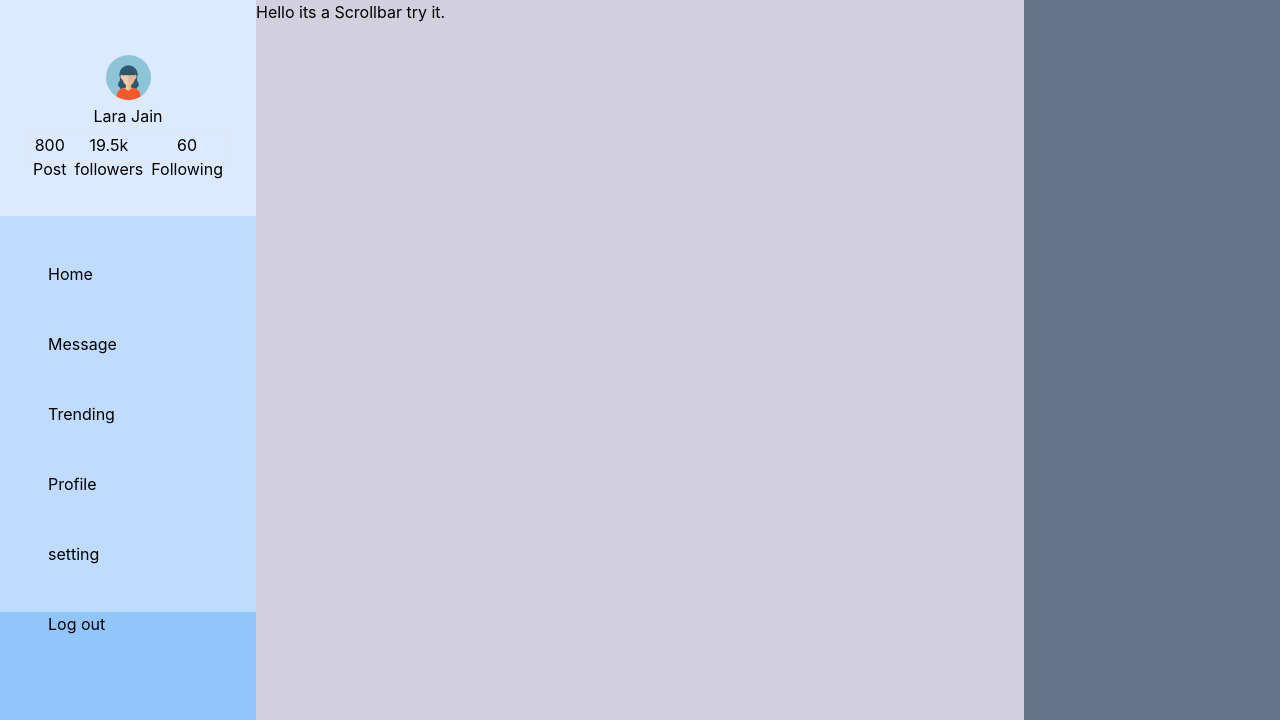
Repository: cosmicswati/upgrad-captions-project
Page: /account/signin
An editor plug-in stored every save of this project. The page is shown before and after the next save, followed by the edit.
The browser window is 1280 px wide. The pictures show the whole page.
An inner scrolling area shows only its first screen. The project was rebuilt for these pictures with package versions that can differ from the ones it lists, and the page was loaded fresh each time. Also part of the build but not shown: src/components/Input/index.js, src/components/Button/index.js, src/modules/Authorization/Form.jsx, src/modules/Authorization/index.js.

Above is the page before, as saved 2024-04-09 14:11:22.

### src/index.css
@tailwind base;
@tailwind components;
@tailwind utilities;

body {
  margin: 0;
  font-family: -apple-system, BlinkMacSystemFont, 'Segoe UI', 'Roboto', 'Oxygen',
    'Ubuntu', 'Cantarell', 'Fira Sans', 'Droid Sans', 'Helvetica Neue',
    sans-serif;
  -webkit-font-smoothing: antialiased;
  -moz-osx-font-smoothing: grayscale;
}

code {
  font-family: source-code-pro, Menlo, Monaco, Consolas, 'Courier New',
    monospace;
}

.scrollbar-hide::-webkit-scrollbar{
  display: none;
}

### src/App.js
import Auth from "./modules/Authorization";
import Home from "./modules/Home";


function App() {
  return (
    <div>
      {/* <Auth />  */}
      <Home />
    </div>
  );
}

export default App;

### src/modules/Home/index.js
import React from 'react'
import { ReactComponent as Avatar} from '../../assets/Avatar.svg'

const Home = () => {
  return (
    <div className='h-screen bg-[#d2cfdf]  flex overflow-hidden'>
        <div className='w-[20%] flex flex-col'>
            <div className='h-[30%] bg-blue-100 flex justify-center items-center'>
                <div className='flex flex-col justify-center items-center'>
                    <Avatar width={'45px'} height={'45px'}/>
                    <p className='my-1'>Lara Jain</p>
                    <div className='border h-[30px] flex justify-around w-[200px] text-center'>
                        <div className='flex flex-col justify-around items-center'>
                            <h4>800</h4>
                            <p>Post</p>
                        </div>
                        <div>
                            <h4>19.5k</h4>
                            <p>followers</p>
                        </div>
                        <div>
                            <h4>60</h4>
                            <p>Following</p>
                        </div>
                    </div>
                </div>
            </div>
            <div className='h-[55%] bg-blue-200 flex flex-col justify-evenly pl-12'>
                    <div>Home</div>
                    <div>Message</div>
                    <div>Trending</div>
                    <div>Profile</div>
                    <div>setting</div>
            </div>
            <div className='h-[15%] bg-blue-300'>
                <div className='ml-12 cursor-pointer'>Log out</div>
            </div>
        </div>
        <div className='w-[60%] overflow-scroll h-full scrollbar-hide'>
            <div className='h-[1500px]'>Hello its a Scrollbar try it.</div>
        </div>
        <div className='w-[20%] bg-slate-500'></div>
    </div>
  )
}

export default Home

### tailwind.config.js
/** @type {import('tailwindcss').Config} */
module.exports = {
 mode:'jit',
 purge: [
  './public/**/*.html',
  './src/**/*.{js,jsx,ts,tsx,vue}',
 ],
  content: [
    "./src/**/*.{js,jsx,ts,tsx}",
  ],
  theme: {
    extend: {},
  },
  plugins: [],
}

Loaded but not shown: public/index.html (common file); src/index.js (common file); src/reportWebVitals.js (common file)

After the next save:
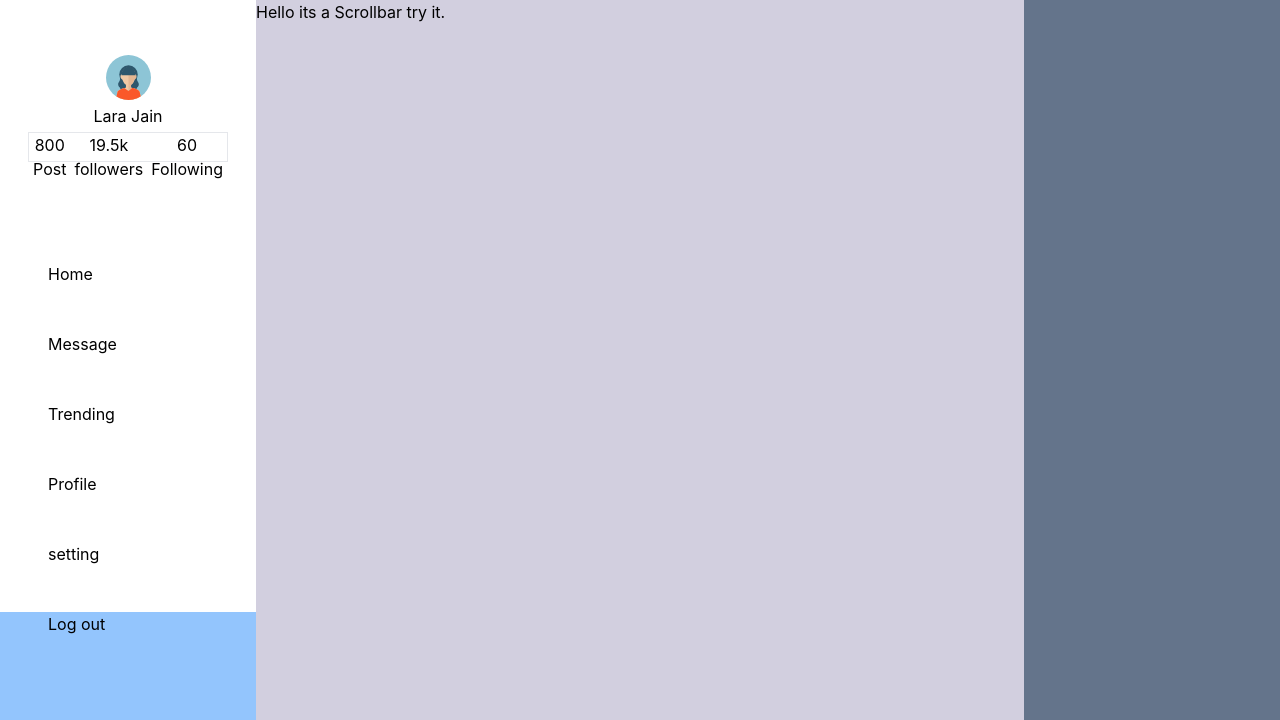
Saved 2 min 17 s later.
--- a/src/modules/Home/index.js
+++ b/src/modules/Home/index.js
@@ -4,8 +4,8 @@ import { ReactComponent as Avatar} from '../../assets/Avatar.svg'
 const Home = () => {
   return (
     <div className='h-screen bg-[#d2cfdf]  flex overflow-hidden'>
-        <div className='w-[20%] flex flex-col'>
-            <div className='h-[30%] bg-blue-100 flex justify-center items-center'>
+        <div className='w-[20%] bg-white flex flex-col'>
+            <div className='h-[30%] flex justify-center items-center'>
                 <div className='flex flex-col justify-center items-center'>
                     <Avatar width={'45px'} height={'45px'}/>
                     <p className='my-1'>Lara Jain</p>
@@ -25,7 +25,7 @@ const Home = () => {
                     </div>
                 </div>
             </div>
-            <div className='h-[55%] bg-blue-200 flex flex-col justify-evenly pl-12'>
+            <div className='h-[55%] flex flex-col justify-evenly pl-12'>
                     <div>Home</div>
                     <div>Message</div>
                     <div>Trending</div>
